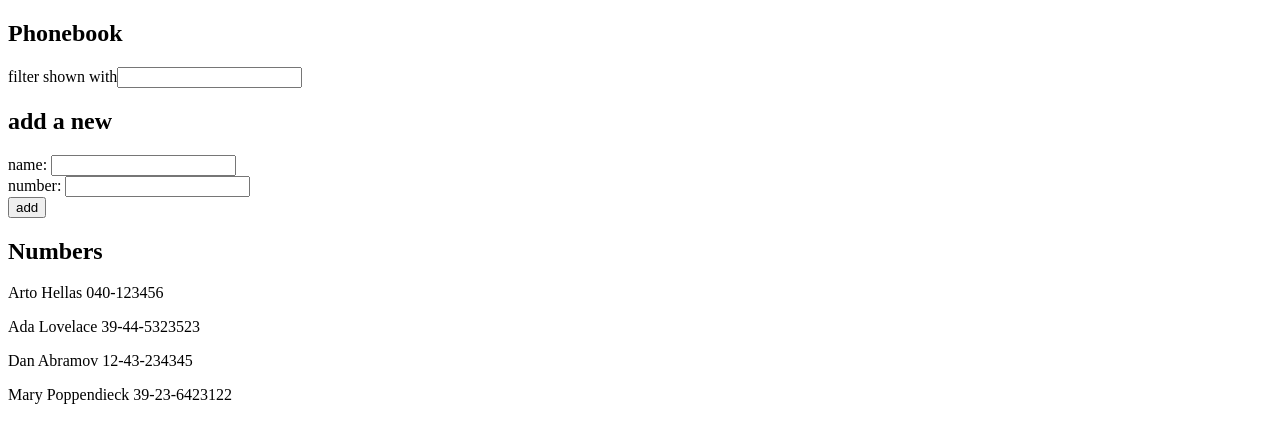
Repository: mariocapitbrok/helsinki-fullstack
Page: / (app in part2/phonebook/)
These files come from the project's save history. The page is drawn as it stood at one moment and after the next save; the edit follows.
The browser window is 1280 px wide. The pictures show the whole page.
The project was rebuilt for these pictures with package versions that can differ from the ones it lists, and the page was loaded fresh each time.

Above is the page before, as saved 2022-01-12 12:24:30.

After the next save:
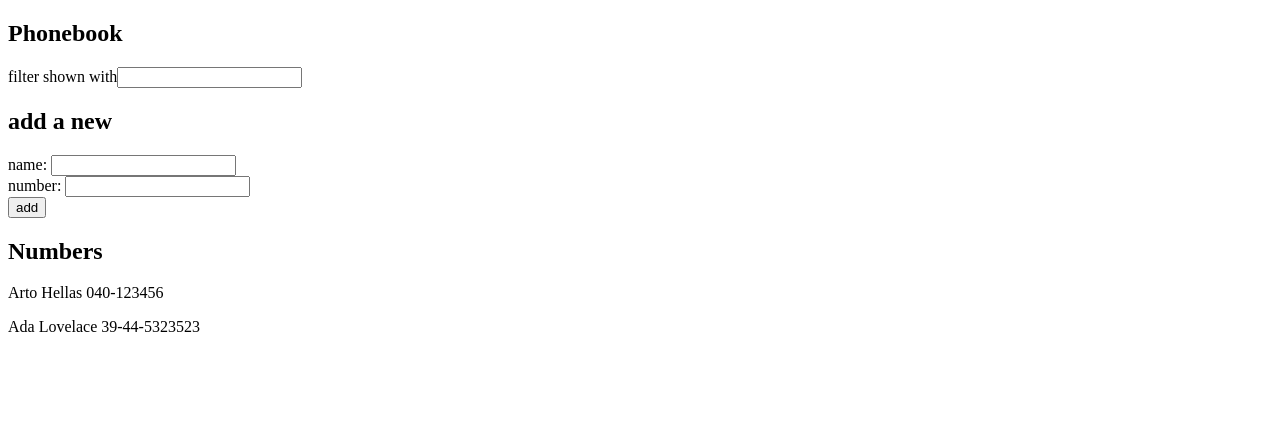
Saved 7 min 27 s later.
--- a/part2/phonebook/src/App.js
+++ b/part2/phonebook/src/App.js
@@ -46,7 +46,8 @@ const App = () => {
   }
 
   const personsToShow = persons.filter(
-    (person) => person.name.toLowerCase().indexOf(newFilter.toLowerCase()) > -1
+    (person) =>
+      person.name.toLowerCase().startsWith(newFilter.toLowerCase()) === true
   )
 
   return (
